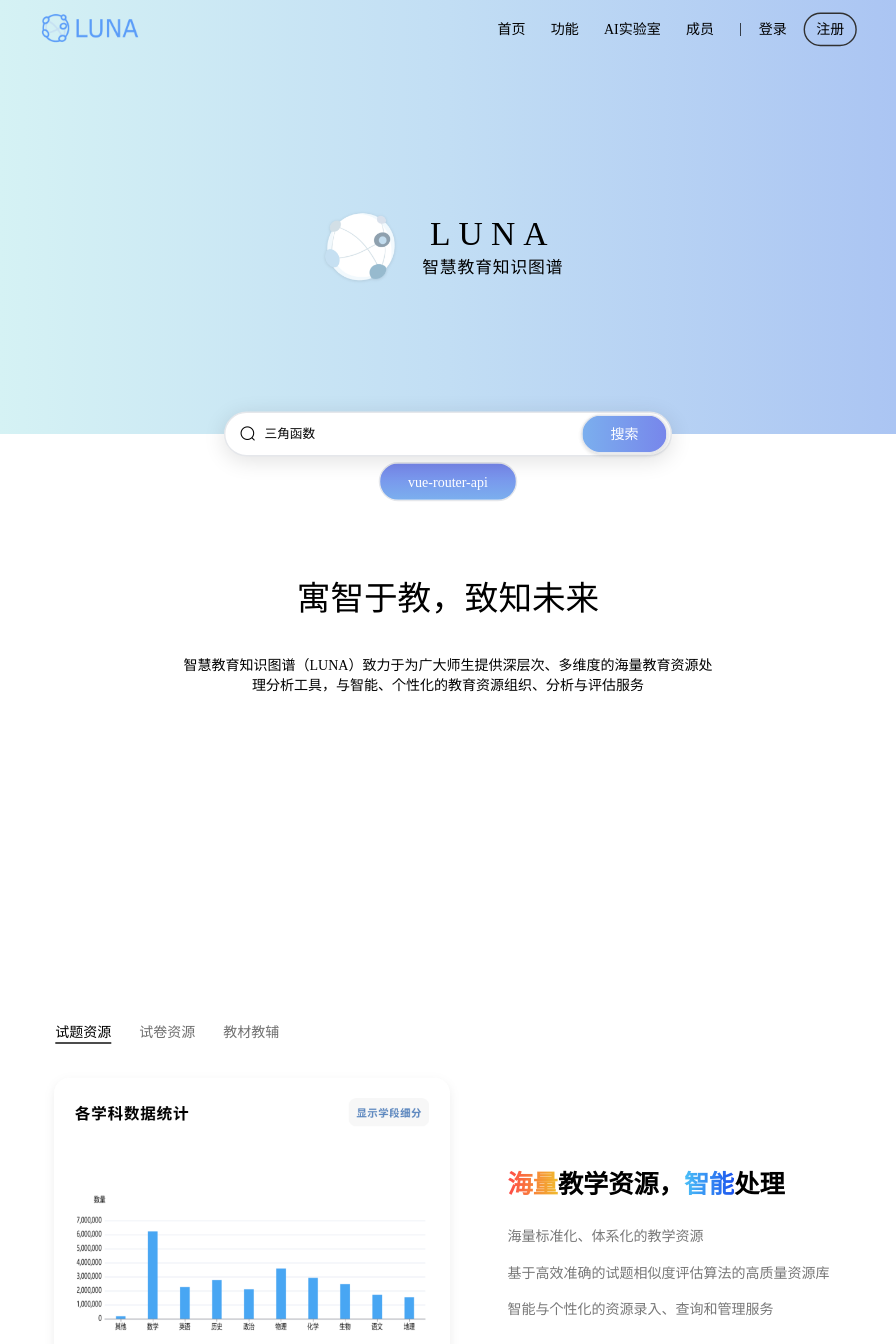
Repository: xydzy1/vue-start
Page: /
The author's editor kept a copy of each file at every save. The page is drawn from the files as they stood at one save, then again after the next save.
The browser window is 1280 px wide. The pictures show the part of the page from y = 0 to 1920 px (the page is 4352 px tall), at 70% of full size.
The project was rebuilt for these pictures with package versions that can differ from the ones it lists, and the page was loaded fresh each time. Also part of the build but not shown: vite.config.js, vue.config.cjs, src/assets/part1.css.

Above is the page before, as saved 2023-08-13 10:36:23.

After the next save:
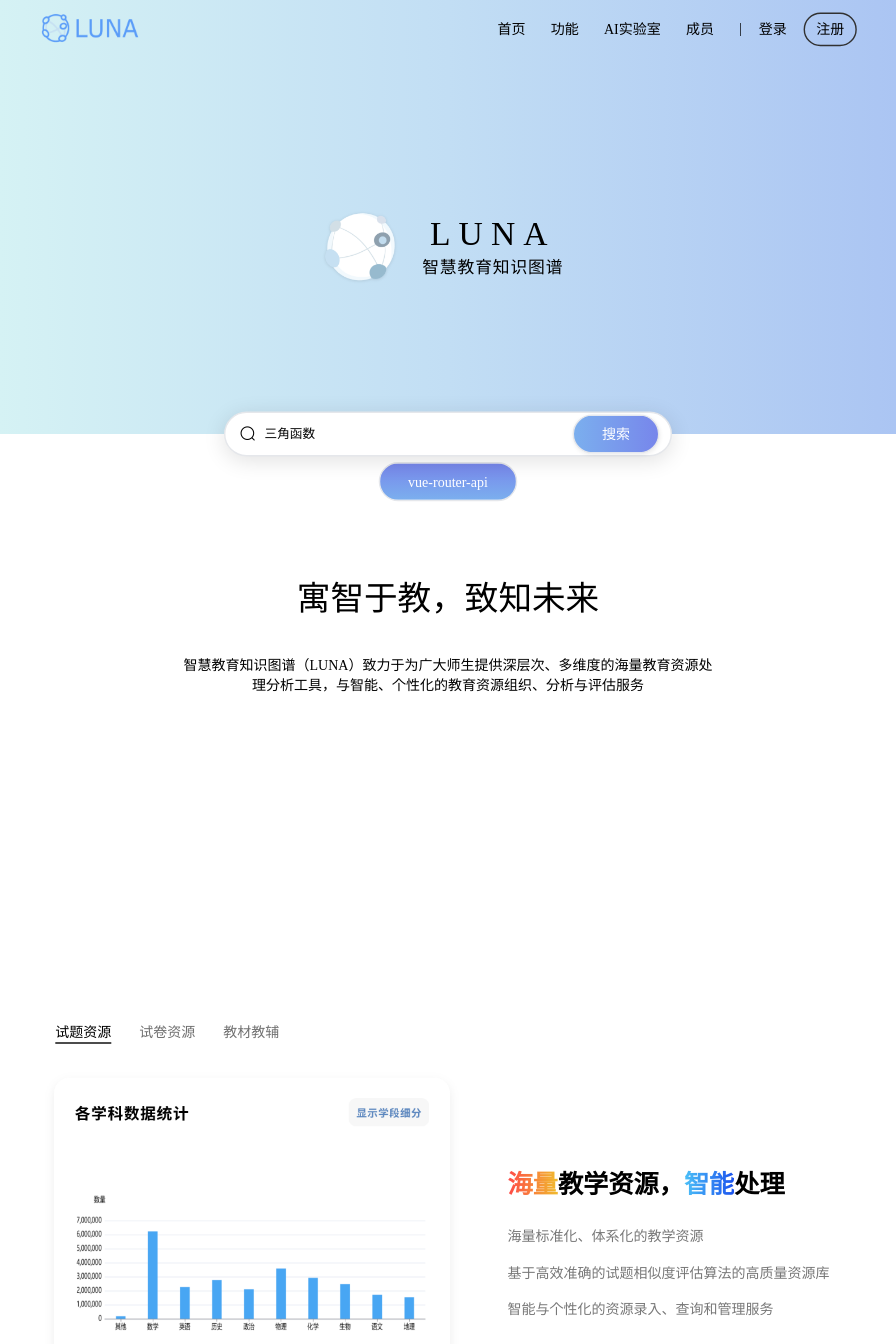
Saved 34 s later.
--- a/src/components/all_part/part1.vue
+++ b/src/components/all_part/part1.vue
@@ -32,11 +32,9 @@
 				<div class="w-search_frame_narrow md:w-search_frame_wide">
 					<input type="text" class="my-search_frame_my flex-none text-left text-4.5 font-medium w-search_frame_narrow md:w-search_frame_wide flex-none outline-none z-1" placeholder="在此输入知识点名称" v-model="serchinfo">
 				</div>
-				<div class="absolute right-0 shadow-p1_shadow2 rounded-full px-0 py-0 mr-1">
-					<button @click='hello' class="shadow-p1_shadow2 transition duration-300 text-center border-2 rounded-full px-10 py-3 z-2 text-white text-xl font-normal bg-gradient-to-r from-p1_cbutton1 to-p1_cbutton2">
+				<button @click='hello' class="shadow-p1_shadow2 transition duration-300 text-center border-2 rounded-full px-10 py-3 z-2 text-white text-xl font-normal bg-gradient-to-r from-p1_cbutton1 to-p1_cbutton2">
 					搜索
 				</button>
-				</div>
 			</div>
 		</div>
         <div class="w-full max-w-1280 absolute flex items-center justify-center h-p1_2_nh md:h-p1_2_wh mt-p1_1_nh md:mt-p1_1_wh">
